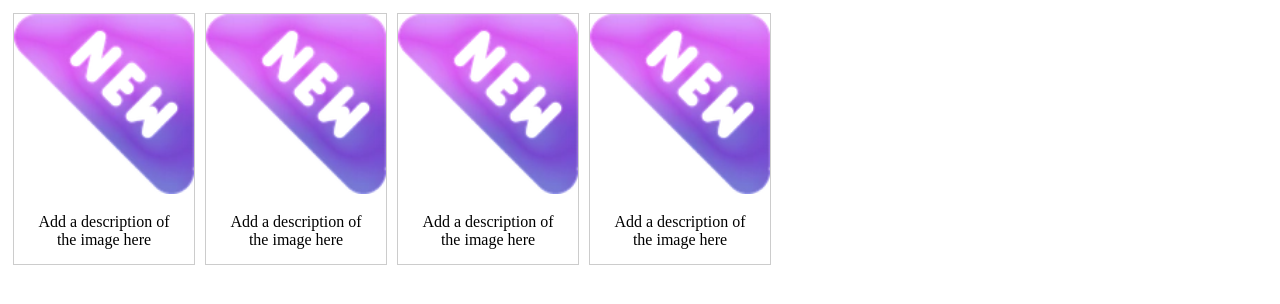
Repository: vichubenzene/-MWin_ui
Page: main.html
These files come from the project's save history. The page is drawn as it stood at one moment and after the next save; the edit follows.
The browser window is 1280 px wide. The pictures show the whole page.

Above is the page before, as saved 2022-10-09 11:35:08.

### main.html
<!DOCTYPE html>
<html>

<head>
    <style>
        div.gallery {
            margin: 5px;
            border: 1px solid #ccc;
            float: left;
            width: 180px;
        }

        div.gallery:hover {
            border: 1px solid #777;
        }

        div.gallery img {
            width: 100%;
            height: auto;
        }

        div.desc {
            padding: 15px;
            text-align: center;
        }
    </style>
</head>

<body>

    <div class="gallery">
        <a target="_blank" href="img_5terre.jpg">
            <img src="images/834535415628562442 (1).png" alt="Cinque Terre" width="600" height="400">
        </a>
        <div class="desc">Add a description of the image here</div>
    </div>

    <div class="gallery">
        <a target="_blank" href="img_forest.jpg">
            <img src="images/834535415628562442 (1).png" alt="Forest" width="600" height="400">
        </a>
        <div class="desc">Add a description of the image here</div>
    </div>

    <div class="gallery">
        <a target="_blank" href="img_lights.jpg">
            <img src="images/834535415628562442 (1).png" alt="Northern Lights" width="600" height="400">
        </a>
        <div class="desc">Add a description of the image here</div>
    </div>

    <div class="gallery">
        <a target="_blank" href="img_mountains.jpg">
            <img src="images/834535415628562442 (1).png" alt="Mountains" width="600" height="400">
        </a>
        <div class="desc">Add a description of the image here</div>
    </div>

</body>

</html>

After the next save:
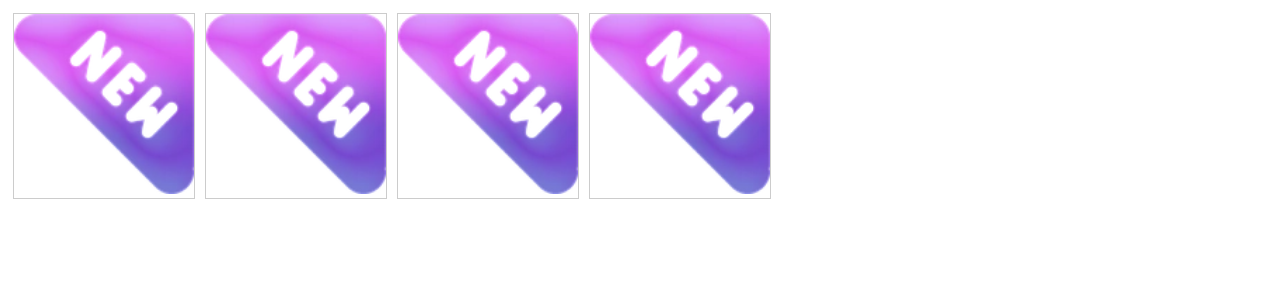
Saved 43 s later.
--- a/main.html
+++ b/main.html
@@ -18,11 +18,6 @@
             width: 100%;
             height: auto;
         }
-
-        div.desc {
-            padding: 15px;
-            text-align: center;
-        }
     </style>
 </head>
 
@@ -32,28 +27,28 @@
         <a target="_blank" href="img_5terre.jpg">
             <img src="images/834535415628562442 (1).png" alt="Cinque Terre" width="600" height="400">
         </a>
-        <div class="desc">Add a description of the image here</div>
+
     </div>
 
     <div class="gallery">
         <a target="_blank" href="img_forest.jpg">
             <img src="images/834535415628562442 (1).png" alt="Forest" width="600" height="400">
         </a>
-        <div class="desc">Add a description of the image here</div>
+
     </div>
 
     <div class="gallery">
         <a target="_blank" href="img_lights.jpg">
             <img src="images/834535415628562442 (1).png" alt="Northern Lights" width="600" height="400">
         </a>
-        <div class="desc">Add a description of the image here</div>
+
     </div>
 
     <div class="gallery">
         <a target="_blank" href="img_mountains.jpg">
             <img src="images/834535415628562442 (1).png" alt="Mountains" width="600" height="400">
         </a>
-        <div class="desc">Add a description of the image here</div>
+
     </div>
 
 </body>
